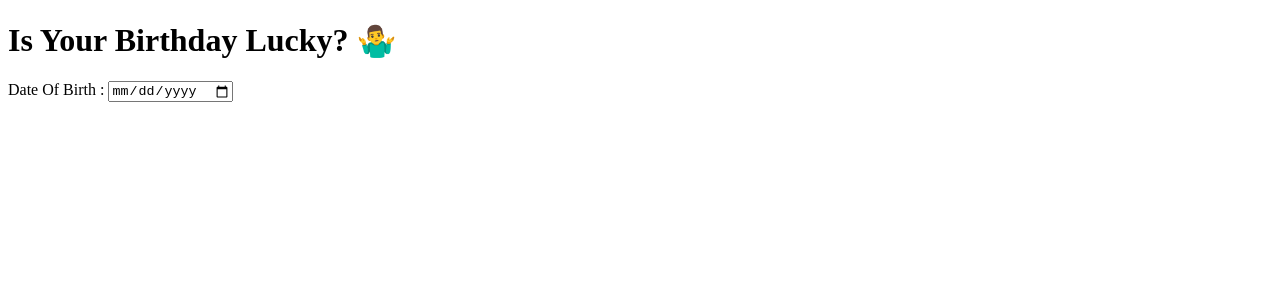
Repository: patelamancode/Lucky-Birthday-App
Page: index.html
An editor plug-in stored every save of this project. The page is shown before and after the next save, followed by the edit.
The browser window is 1280 px wide. The pictures show the whole page.

Above is the page before, as saved 2022-11-21 16:31:44.

After the next save:
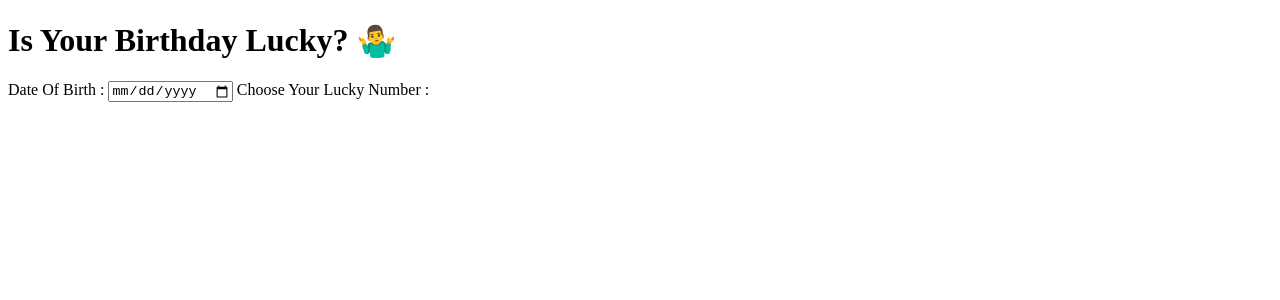
Saved 2 min 49 s later.
--- a/index.html
+++ b/index.html
@@ -10,7 +10,8 @@
     <div id="main-container">
         <h1 class="app-title">Is Your Birthday Lucky? 🤷‍♂️</h1>
         <label for="date-of-birth" class="dob">Date Of Birth :</label>
-        <input type="date" placeholder="">
+        <input type="date" class="selected-dob">
+        <label for="lucky-number" class="favourite-number">Choose Your Lucky Number :</label>
     </div>
 </body>
 </html>
